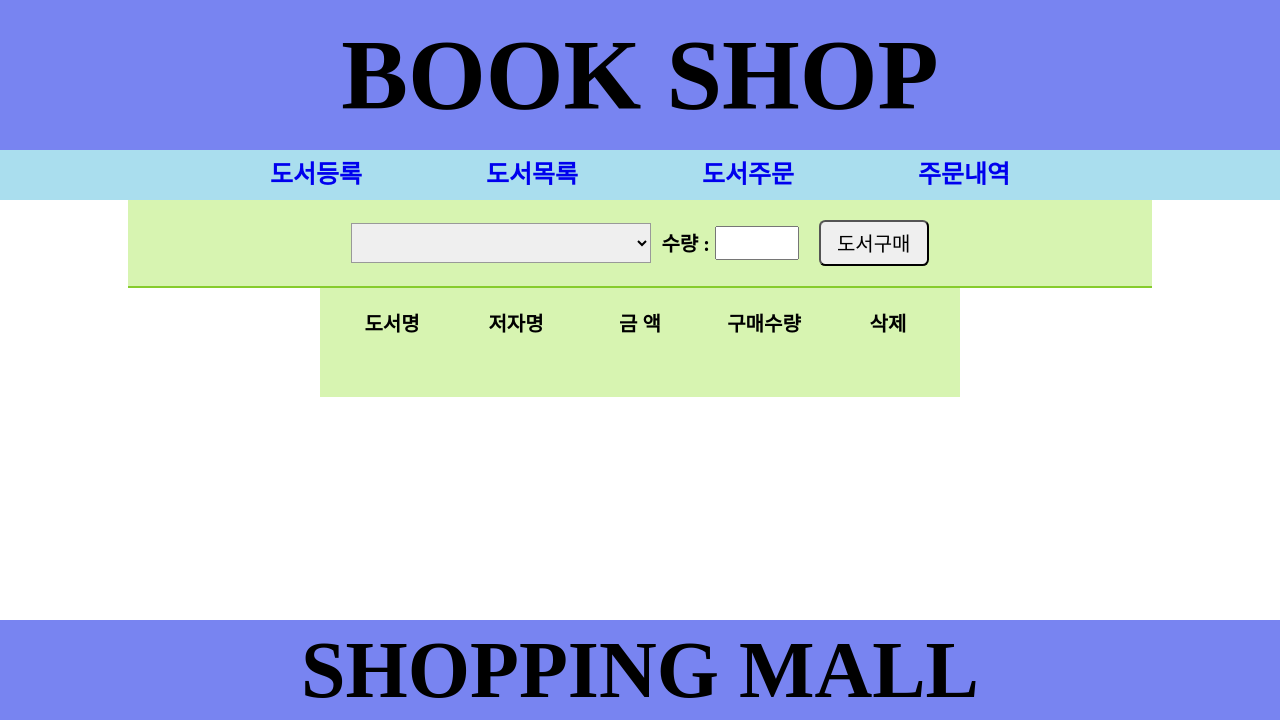
Repository: eunmiyo/BookShop
Page: http://localhost/Book/buy
An editor plug-in stored every save of this project. The page is shown before and after the next save, followed by the edit.
The browser window is 1280 px wide. The pictures show the whole page.
The page is served by Tomcat 9. Queries for data that is not in the repository find no rows.

Above is the page before, as saved 2022-12-29 05:53:12.

After the next save:
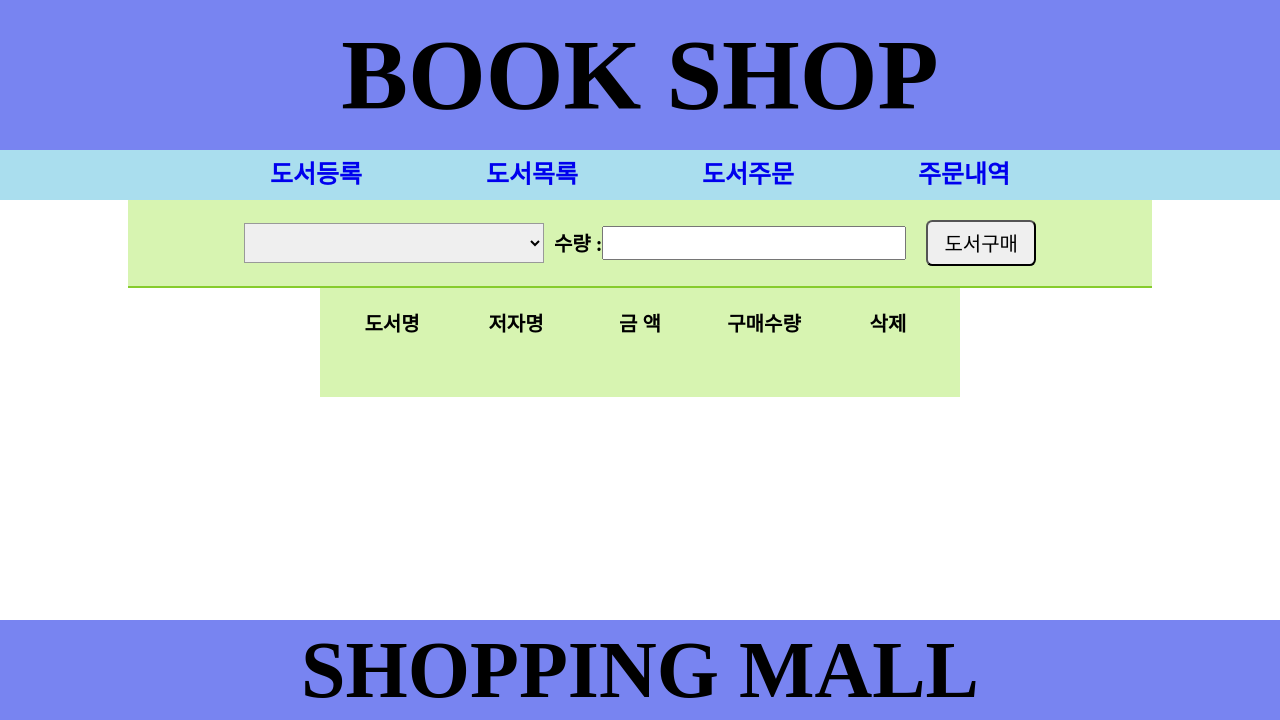
Saved 61 s later.
--- a/Book/src/main/webapp/buy.jsp
+++ b/Book/src/main/webapp/buy.jsp
@@ -24,7 +24,7 @@
 				</c:forEach>
 				</select>
 				<b>수량 : </b>
-				<input type="text" class="input" name="count">
+				<input type="text" class="count" name="count">
 				<button class="btn" type="button" onclick="bookadd();">도서구매</button>
 				</td>
 			</tr>
